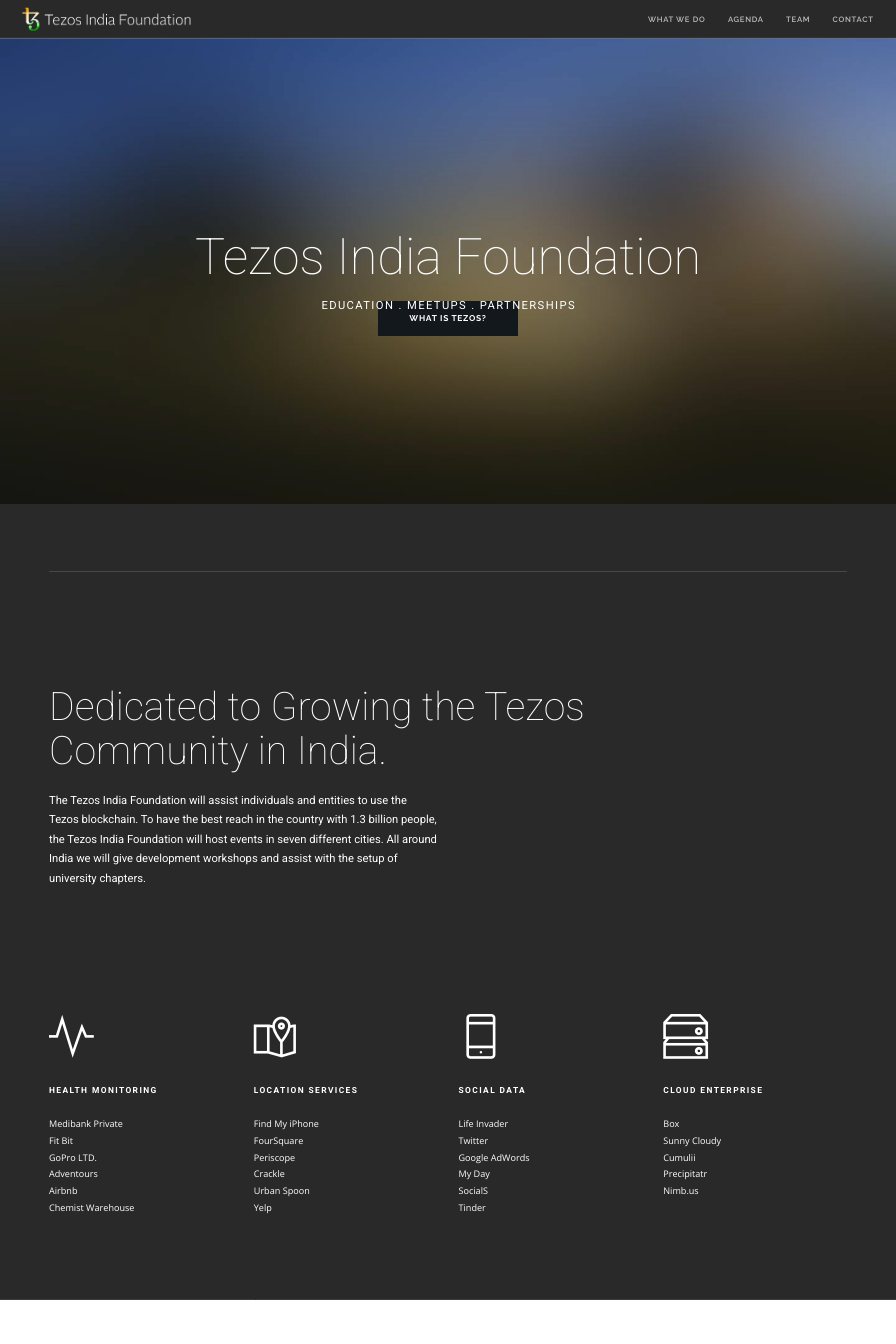
Repository: Tezos-India-Foundation/TIF-Website
Page: Tezos India Website/page.html
An editor plug-in stored every save of this project. The page is shown before and after the next save, followed by the edit.
The browser window is 1280 px wide. The pictures show the part of the page from y = 0 to 1920 px (the page is 4133 px tall), at 70% of full size.

Above is the page before, as saved 2019-08-06 15:26:00.

### Tezos India Website/page.html
<!doctype html>
<html lang="en">

<head>
	<meta charset="utf-8">
	<title></title>
	<meta name="viewport" content="width=device-width, initial-scale=1.0">
	<link href="css/font-awesome.min.css" rel="stylesheet" type="text/css" media="all">
	<link href="css/themify-icons.css" rel="stylesheet" type="text/css" media="all" />
	<link href="css/bootstrap.css" rel="stylesheet" type="text/css" media="all" />
	<link href="css/theme-nearblack.css" rel="stylesheet" type="text/css" media="all" />
	<link href="css/custom.css" rel="stylesheet" type="text/css" media="all" />
	<link
		href='http://fonts.googleapis.com/css?family=Lato:300,400%7CRaleway:100,400,300,500,600,700%7COpen+Sans:400,500,600'
		rel='stylesheet' type='text/css'>
	<link href="http://fonts.googleapis.com/css?family=Roboto:100,300,400,600,700" rel="stylesheet" type="text/css">
	<link href="css/font-roboto.css" rel="stylesheet" type="text/css">
</head>

<body>

	<div class="nav-container">




		<nav class="bg-dark">
			<div class="nav-bar">
				<div class="module left">
					<a href="index.html">
						<img class="logo logo-light" alt="Foundry" src="img\logo with text.png">
						<img class="logo logo-dark" alt="Foundry" src="img/logo-dark.png">
					</a>
				</div>
				<div class="module widget-handle mobile-toggle right visible-sm visible-xs">
					<i class="ti-menu"></i>
				</div>
				<div class="module-group right">
					<div class="module left">
						<ul class="menu">
							<li>
								<a href="#">What We Do</a>
							</li>
							<li>
								<a href="#">Agenda</a>
							</li>
							<li>
								<a href="#">Team</a>
							</li>
							<li>
								<a href="#">Contact</a>
							</li>
					</div>

				</div>
		</nav>





















































































	</div>

	<div class="main-container">





		<section class="cover fullscreen image-bg overlay">
			<div class="background-image-holder">
				<img alt="image" class="background-image" src="img/prop1.jpg">
			</div>
			<div class="container v-align-transform">
				<div class="row">
					<div class="col-sm-12 text-center">
						<h1 class="large mb16">Tezos India Foundation</h1>
						<h5 class="uppercase mb0">Education . meetups . partnerships</h5>
					</div>
				</div>

			</div>

			<div class="align-bottom relative-xs text-center" id="buttonslanding">
				<a class="btn btn-filled btn-lg mb32 mt-xs-40" href="#">What is Tezos?</a>
			</div>
		</section>
		<section class="bg-dark">
			<div class="container">
				<div class="row">
					<div class="col-sm-12">

						<hr class="mb160 mb-xs-24">
					</div>
				</div>

				<div class="row">
					<div class="col-md-10">
						<h1 class="thin">Dedicated to Growing the Tezos Community in India.</h1>
					</div>
				</div>

				<div class="row mb160 mb-xs-0">
					<div class="col-md-6 col-sm-8">
						<p class="lead">The Tezos India Foundation will assist individuals and
							entities to use the Tezos blockchain. To have the best reach in the country with 1.3 billion
							people, the Tezos India Foundation will host events in seven different cities. All around
							India we will give development workshops and assist with the setup of university
							chapters.&nbsp;</p>
					</div>
				</div>

				<div class="row">
					<div class="col-md-3 col-sm-6 mb-xs-24">
						<i class="ti-pulse icon mb32"></i>
						<h6 class="uppercase">Health Monitoring</h6>
						<ul>
							<li>Medibank Private</li>
							<li>Fit Bit</li>
							<li>GoPro LTD.</li>
							<li>Adventours</li>
							<li>Airbnb</li>
							<li>Chemist Warehouse</li>
						</ul>
					</div>
					<div class="col-md-3 col-sm-6 mb-xs-24">
						<i class="ti-map-alt icon mb32"></i>
						<h6 class="uppercase">Location Services</h6>
						<ul>
							<li>Find My iPhone</li>
							<li>FourSquare</li>
							<li>Periscope</li>
							<li>Crackle</li>
							<li>Urban Spoon</li>
							<li>Yelp</li>
						</ul>
					</div>
					<div class="col-md-3 col-sm-6 mb-xs-24">
						<i class="ti-mobile icon mb32"></i>
						<h6 class="uppercase">Social Data</h6>
						<ul>
							<li>Life Invader</li>
							<li>Twitter</li>
							<li>Google AdWords</li>
							<li>My Day</li>
							<li>SocialS</li>
							<li>Tinder</li>
						</ul>
					</div>
					<div class="col-md-3 col-sm-6 mb-xs-24">
						<i class="ti-harddrives icon mb32"></i>
						<h6 class="uppercase">Cloud Enterprise</h6>
						<ul>
							<li>Box</li>
							<li>Sunny Cloudy</li>
							<li>Cumulii</li>
							<li>Precipitatr</li>
							<li>Nimb.us</li>
						</ul>
					</div>
				</div>

			</div>

		</section>
		<section>
			<div class="container">
				<div class="row mb64 mb-xs-24">
					<div class="col-sm-12 text-center">
						<h3>Agenda</h3>

					</div>
				</div>

				<div class="row">
					<div class="col-md-offset-2 col-md-8">
						<div class="tabbed-content button-tabs">


									<div class="tab-content text-left">
										<div>
											<div class="overflow-hidden">
												<img alt="Pic" class="mb24 pull-left" src="img/avatar1.png">
												<div class="pull-left p32 p0-xs pt24">
													<h6 class="uppercase mb8 number">September 4, 2019 - 18:00</h6>
													<h4>Tezos Meetup in Delhi</h4>
												</div>
											</div>
											<p>
												Neque porro quisquam est, qui dolorem ipsum quia dolor sit amet,
												consectetur, adipisci velit, sed quia non numquam eius modi tempora
												incidunt ut labore et dolore magnam aliquam quaerat voluptatem. Ut enim
												ad minima veniam, quis nostrum exercitationem ullam corporis suscipit
												laboriosam, nisi ut aliquid ex ea commodi consequatur?
											</p>
											<hr class="mt40 mb40 mt-xs-0 mb-xs-24">
										</div>
										<div>
											<div class="overflow-hidden">
												<img alt="Pic" class="mb24 pull-left" src="img/avatar2.png">
												<div class="pull-left p32 p0-xs pt24">
													<h6 class="uppercase mb8 number">September 5, 2019 - 18:00</h6>
													<h4>Developer Workshop at ITT Delhi</h4>
												</div>
											</div>
											<p>
												Sed ut perspiciatis unde omnis iste natus error sit voluptatem
												accusantium doloremque laudantium, totam rem aperiam, eaque ipsa quae ab
												illo inventore veritatis et quasi architecto beatae vitae dicta sunt
												explicabo. Nemo enim ipsam voluptatem quia voluptas sit aspernatur aut
												odit aut fugit, sed quia consequuntur magni
											</p>
											<hr class="mt40 mb40 mt-xs-0 mb-xs-24">
										</div>
										<div>
											<div class="overflow-hidden">
												<img alt="Pic" class="mb24 pull-left" src="img/avatar2.png">
												<div class="pull-left p32 p0-xs pt24">
													<h6 class="uppercase mb8 number">September 5, 2019 - 18:00</h6>
													<h4>Developer Workshop at ITT Delhi</h4>
												</div>
											</div>
											<p>
												Sed ut perspiciatis unde omnis iste natus error sit voluptatem
												accusantium doloremque laudantium, totam rem aperiam, eaque ipsa quae ab
												illo inventore veritatis et quasi architecto beatae vitae dicta sunt
												explicabo. Nemo enim ipsam voluptatem quia voluptas sit aspernatur aut
												odit aut fugit, sed quia consequuntur magni
											</p>
											<hr class="mt40 mb40 mt-xs-0 mb-xs-24">
										</div>
									</div>

						</div>

					</div>
				</div>


		</section>
		<section class="bg-dark">
			<div class="container">
				<div class="row">
					<div class="col-md-4 col-sm-6">
						<div class="image-tile outer-title text-center">
							<img alt="Pic" src="img/team-1.jpg">
							<div class="title mb16">
								<h5 class="uppercase mb0">Bernd Oostrum</h5>
								<span>Director</span>
							</div>
							<p class="mb0">
								Sed ut perspiciatis unde omnis iste natus error sit voluptatem accusantium doloremque
								laudantium, totam rem aperiam, eaque ipsa quae ab illo inventore veritatis.
							</p>
						</div>
					</div>
					<div class="col-md-4 col-sm-6">
						<div class="image-tile outer-title text-center">
							<img alt="Pic" src="img/team-2.jpg">
							<div class="title mb16">
								<h5 class="uppercase mb0">Om Malviya</h5>
								<span>Director</span>
							</div>
							<p class="mb0">
								Sed ut perspiciatis unde omnis iste natus error sit voluptatem accusantium doloremque
								laudantium, totam rem aperiam, eaque ipsa quae ab illo inventore veritatis.
							</p>
						</div>
					</div>
					<div class="col-md-4 col-sm-6">
						<div class="image-tile outer-title text-center">
							<img alt="Pic" src="img/team-3.jpg">
							<div class="title mb16">
								<h5 class="uppercase mb0">Gokul Alex</h5>
								<span>Director</span>
							</div>
							<p class="mb0">
								Sed ut perspiciatis unde omnis iste natus error sit voluptatem accusantium doloremque
								laudantium, totam rem aperiam, eaque ipsa quae ab illo inventore veritatis.
							</p>
						</div>
					</div>
				</div>

			</div>

		</section>
		<section class="bg-primary">
			<div class="container">
				<div class="row">
					<div class="col-sm-12 text-center">
						<h3 class="mb0 inline-block p32 p0-xs">Interested in exploring Tezos?</h3>
						<a class="btn btn-lg btn-white mb8 mt-xs-24" href="#">Reach out</a>
					</div>
				</div>

			</div>

		</section>
		<footer class="footer-2 bg-dark text-center-xs">
			<div class="container">
				<div class="row">
					<div class="col-sm-4">
						<a href="#"><img class="image-xxs fade-half" alt="Pic" src="img\logo with text.png"></a>
					</div>

					<div class="col-sm-5 text-center">
						<span class="fade-half">
							© Copyright 2019 Tezos India Foundation - All Rights Reserved
						</span>
					</div>

					<div class="col-sm-3 text-right text-center-xs">
						<ul class="list-inline social-list">
							<li><a href="#"><i class="ti-twitter-alt"></i></a></li>
							<li><a href="#"><i class="ti-facebook"></i></a></li>
							<li><a href="#"><i class="ti-linkedin"></i></a></li>

						</ul>
					</div>
				</div>
			</div>
		</footer>
	</div>


	<script src="js/jquery.min.js"></script>
	<script src="js/bootstrap.min.js"></script>
	<script src="js/parallax.js"></script>
	<script src="js/scripts.js"></script>
</body>

</html>

### Tezos India Website/css/custom.css
/****** PLACE YOUR CUSTOM STYLES HERE ******/

#buttonslanding {
    padding-bottom: 15%;
}

Loaded but not shown: Tezos India Website/css/font-awesome.min.css (library); Tezos India Website/css/themify-icons.css (common file); Tezos India Website/css/bootstrap.css (library); Tezos India Website/css/font-roboto.css (common file); Tezos India Website/js/jquery.min.js (library); Tezos India Website/js/bootstrap.min.js (library); Tezos India Website/js/parallax.js (library); Tezos India Website/js/scripts.js (1387 lines, source omitted); Tezos India Website/css/theme-nearblack.css (5712 lines, source omitted)

After the next save:
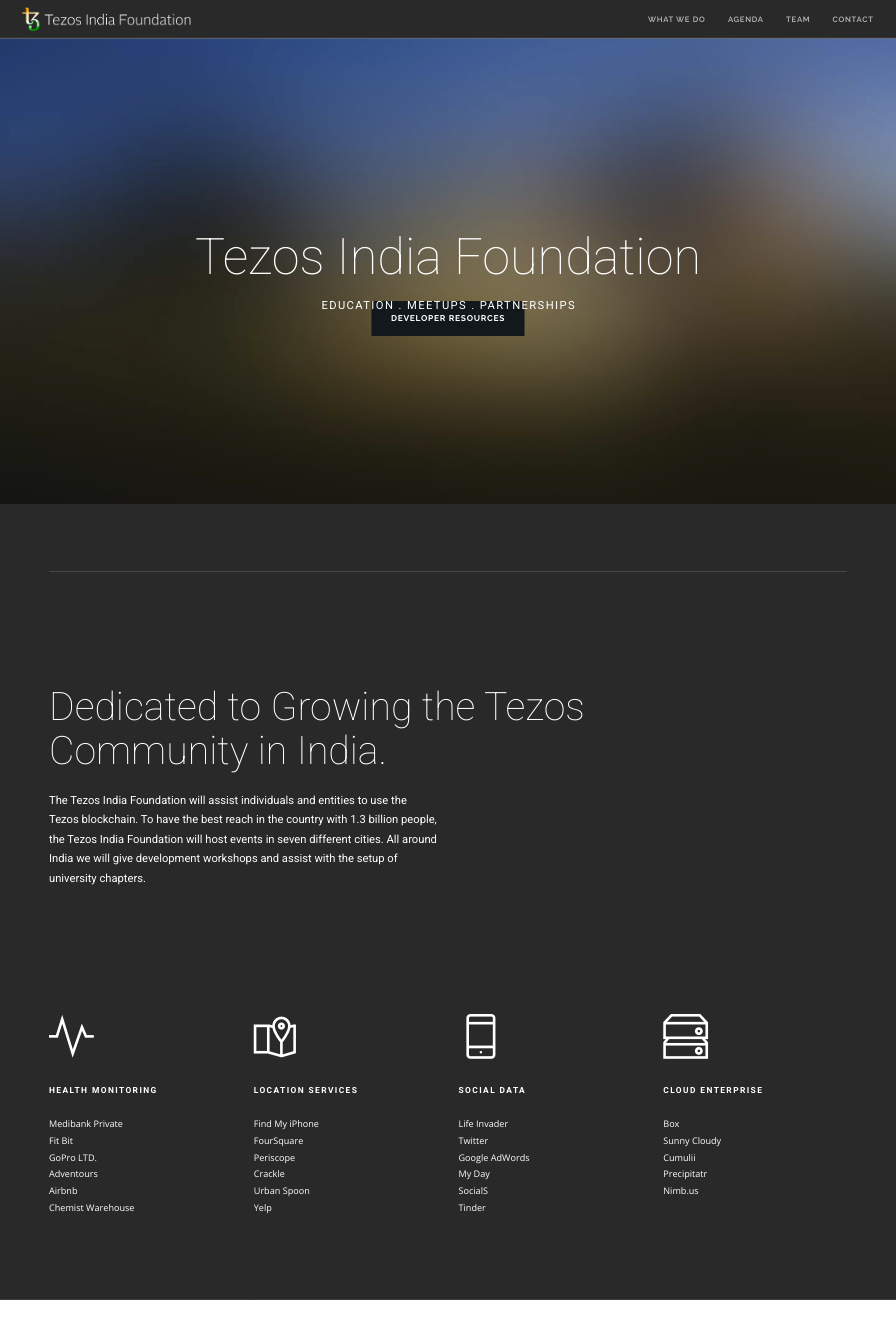
Saved 29 s later.
--- a/Tezos India Website/page.html
+++ b/Tezos India Website/page.html
@@ -163,6 +163,9 @@
 
 			<div class="align-bottom relative-xs text-center" id="buttonslanding">
 				<a class="btn btn-filled btn-lg mb32 mt-xs-40" href="#">What is Tezos?</a>
+			</div>
+			<div class="align-bottom relative-xs text-center" id="buttonslanding">
+				<a class="btn btn-filled btn-lg mb32 mt-xs-40" href="#">Developer Resources</a>
 			</div>
 		</section>
 		<section class="bg-dark">
